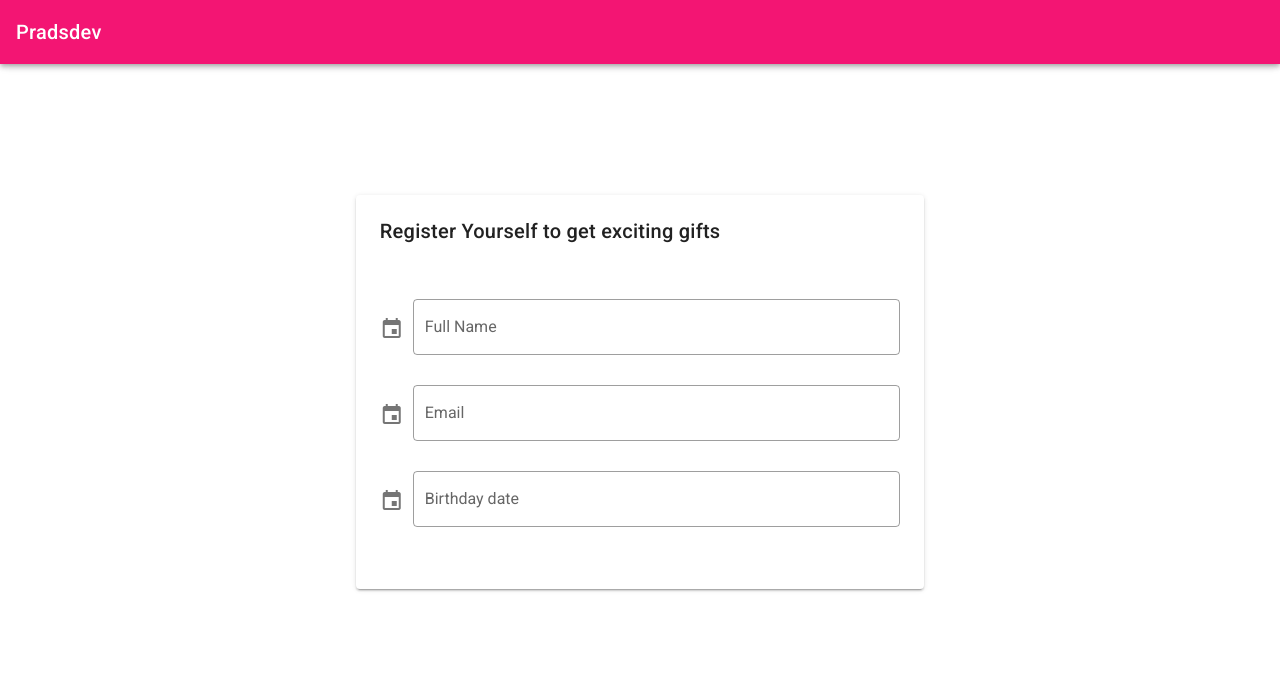
Repository: pradsdev/vue-form-validate
Page: /
An editor plug-in stored every save of this project. The page is shown before and after the next save, followed by the edit.
The browser window is 1280 px wide. The pictures show the whole page.
The project was rebuilt for these pictures with package versions that can differ from the ones it lists, and the page was loaded fresh each time. Also part of the build but not shown: vue.config.js.

Above is the page before, as saved 2020-12-21 23:18:22.

After the next save:
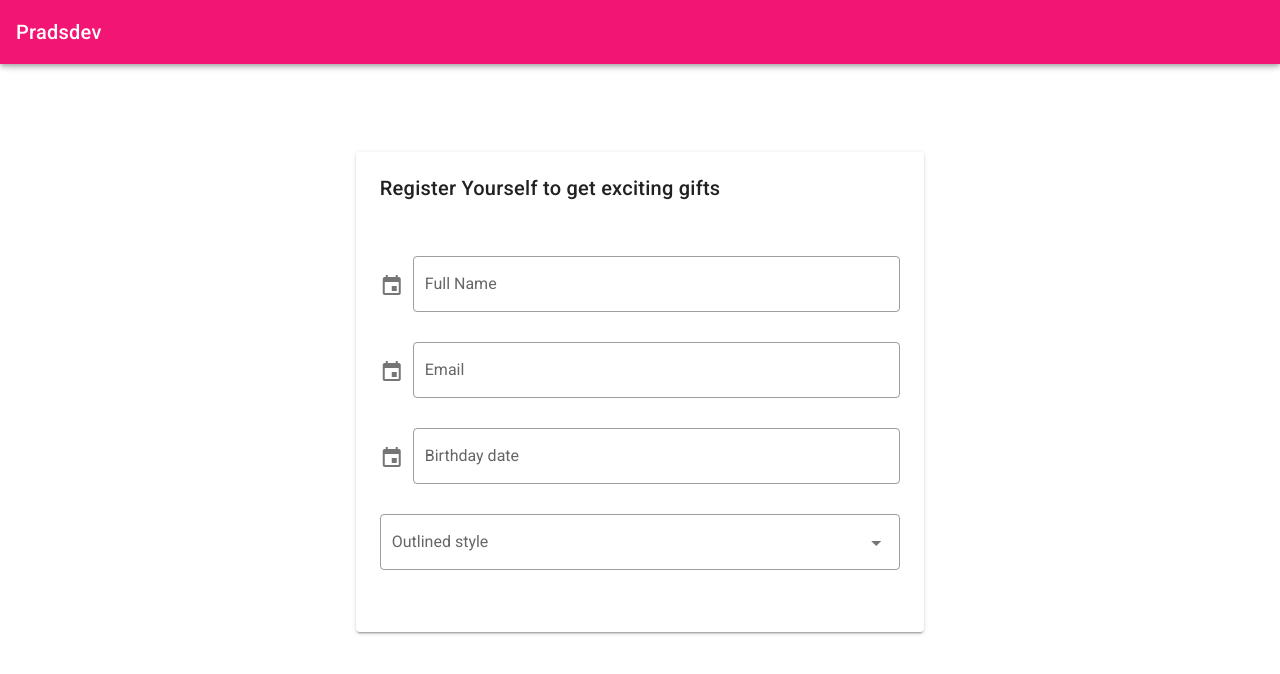
Saved 2 min 17 s later.
--- a/src/components/HelloWorld.vue
+++ b/src/components/HelloWorld.vue
@@ -44,6 +44,11 @@
                 @change="save"
               />
             </v-menu>
+            <v-select
+              :items="items"
+              label="Outlined style"
+              outlined
+            />
           </v-form>
         </v-card>
       </v-col>
